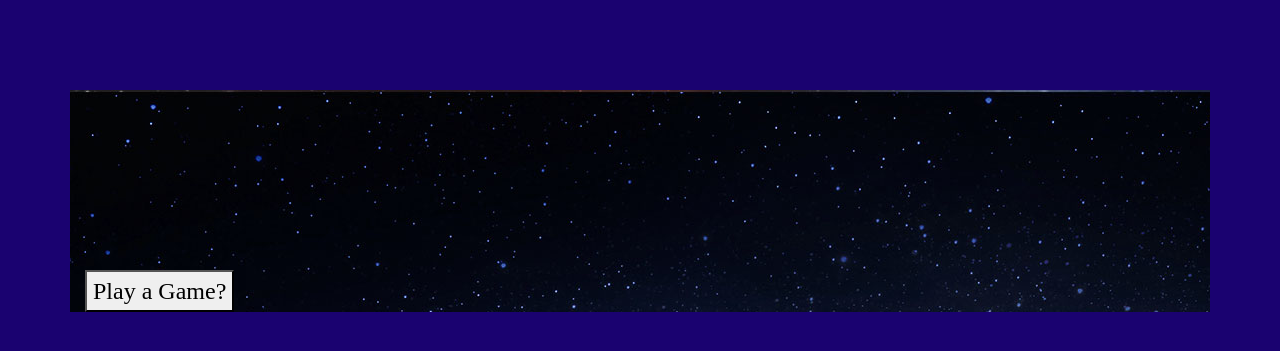
Repository: dsaftler/Trivia
Page: index.html
These files come from the project's save history. The page is drawn as it stood at one moment and after the next save; the edit follows.
The browser window is 1280 px wide. The pictures show the whole page.
Some web fonts or font styles are not loaded; a fallback is used.

Above is the page before, as saved 2019-04-13 15:36:47.

### index.html
<!DOCTYPE html>
<html lang="en">
<head>
  <meta charset="UTF-8">
  <meta name="viewport" content="width=device-width, initial-scale=1.0">
  <meta http-equiv="X-UA-Compatible" content="ie=edge">
   <link rel="stylesheet" href="assets/css/reset.css" type="text/css">
  <link rel="stylesheet" href="https://stackpath.bootstrapcdn.com/bootstrap/4.3.1/css/bootstrap.min.css"
    integrity="sha384-ggOyR0iXCbMQv3Xipma34MD+dH/1fQ784/j6cY/iJTQUOhcWr7x9JvoRxT2MZw1T" crossorigin="anonymous">
  <!-- <link href="https://fonts.googleapis.com/css?family=Cherry+Swash:700" rel="stylesheet"> -->
  <link href="https://fonts.googleapis.com/css?family=Baumans" rel="stylesheet">
  <!-- custom css -->
  <link rel="stylesheet" href="assets/css/style.css" type="text/css">

  <title>Trivia Game</title>
</head>
<body>
<div class="container">
  <div class="scoreElements">
   <div id="showWinsCnt"><span id="wins"></span></div>
   <div id="showLoseCnt"><span id="wrongs"></span></div>
   <div id="showMissCnt"><span id="misses"></span></div>
  </div>
  <div class='playElements'>
    <div class="showTimer"><span id="timer"></span></div>
    <div class="showQuestion"><span id="question"></span></div>
    <ul class=showAnswers>
    <li class="answers" id="answer0"><a href="#"></a></li>
    <li class="answers" id="answer1"><a href="#"></a></li>
    <li class="answers" id="answer2"><a href="#"></a></li>
    <li class="answers" id="answer3"><a href="#"></a></li>
    </ul>
    <div class="tmyk">
      <img class="image">
      <div class="extra"></div>
    </div>
  </div>

  <button id="newGame" onclick="initGame()">Play a Game?</button>
  <!-- <button id="temp1" onclick="newQuestion()">Next Question?</button> -->
</div>

<!-- bootstrap scripts -->
<script src="https://code.jquery.com/jquery-3.3.1.slim.min.js"
  integrity="sha384-q8i/X+965DzO0rT7abK41JStQIAqVgRVzpbzo5smXKp4YfRvH+8abtTE1Pi6jizo" crossorigin="anonymous"></script>
<script src="https://cdnjs.cloudflare.com/ajax/libs/popper.js/1.14.7/umd/popper.min.js"
  integrity="sha384-UO2eT0CpHqdSJQ6hJty5KVphtPhzWj9WO1clHTMGa3JDZwrnQq4sF86dIHNDz0W1" crossorigin="anonymous"></script>
<script src="https://stackpath.bootstrapcdn.com/bootstrap/4.3.1/js/bootstrap.min.js"
  integrity="sha384-JjSmVgyd0p3pXB1rRibZUAYoIIy6OrQ6VrjIEaFf/nJGzIxFDsf4x0xIM+B07jRM" crossorigin="anonymous"></script>
<script src="assets/javascript/app.js"></script>


</body>
</html>

### assets/css/style.css
body {
  height: 100%;
  background-color: #1a0270;
  max-width: 1536px;
  margin: auto;
  align-content: center;
  font-family: 'Baumans', cursive;
  color:white;
  font-size: 24px;
  font-weight: bolder;
}
.container{
  margin-top: 90px;
  background-image: url("../images/hubble.jpg")
}
.newGame{
  width:10%;
}
.scoreElements{
align-content: center;
margin: auto;
width: 75%;

}

.playElements{
  align-content: center;
  margin: auto;
  width: 75%;
}
ul li a {
  color: #8fc7bc);
  display: block;
  text-decoration: none;
  padding: 16px;
  width:50%
}

ul {
  list-style-type: circle;
}

li {
  display: block;
}

ul li a:hover {
  color: #332419;
  display: block;
  text-decoration: none;
}

li:hover {
  background-color:#8fc7bc;
}

### assets/javascript/app.js
// Advanced game has a 30 second timer that counts down to 0 for each question !!!!!!!!!!!!  changed to 15 seconds
// If the timer is 0 OR  a wrong answer is chosen:
  // show the correct answer for 5 seconds
// display a new question
// restart the timer with no user interaction

// questions are contained in an array with question, array of answers, index of correct answer
// question shows in questionId
// "Correct"  or "Correct Answer" shows in answerId
// 4 possible answers show in 4 clickable buttons
// buttons have hover behavior
//  only one can be selected (by click)

// scores for Wins, Losses, and Unanswered are kept (correct, wrong, timer ==0)
// ask to play again in link
// click on play restarts the game without re-loading the page

var qArray =[];
var wins, wrongs, misses, seconds;
var correctAnswerId;
var timer;
var seconds;
var isNewGame = true;
var timerRunning=false;
var i;
var qArrayLength
var sayCorrect
var answerTime=100;
var displayInfoTime=0;

$(document).ready(function () {
  //initGame();  // called by newGame button
  $(".answers").click(function() {
    stopTimer();
    $(".answers").css("pointer-events","none");
    //which answer did I click?
    var target = $(this).attr("id")
    for(let j = 0; j<4; j++) {
      jtarget = "answer" + j
      //console.log(jtarget)
      if (jtarget === target){
        if (j === correctAnswerId){
          showMe("win");
        } else {
          showMe("lose");
        }
      }
    }
  });
});


function initGame() {
  wins = 0;
  wrongs = 0;
  misses = 0;
  $(".scoreElements").hide();
  $(".playElements").hide();
  // $("#showWinsCnt").hide();
  // $("#showLoseCnt").hide();
  // $("#showMissCnt").hide();
  $("#newGame").hide();
  loadQuestions();
  i = 0;
  newQuestion(i);
}

function newQuestion(i)
{
  console.log(i)
  if (i < qArrayLength){
    // show game pieces: question, answers
    $(".playElements").show();
    $("#timer").show();
    // $(".showQuestion").show();
    // $(".answers").show();
    $(".tmyk").hide();
    // $(".extra").hide();
    // $(".image").hide();
    // console.log(qArray[i]);
    q="Question "+(i+1)+":  "
    $("#question").text(q+(qArray[i].question));
    $("#answer0").text(qArray[i].ansArray[0]);
    //console.log(qArray[i].ansArray[0]);
    $("#answer1").text(qArray[i].ansArray[1]);
    $("#answer2").text(qArray[i].ansArray[2]);
    $("#answer3").text(qArray[i].ansArray[3]);
    correctAnswerId = qArray[i].correct;
    correctAnswer = qArray[i].ansArray[correctAnswerId]
    //console.log(qArray[i].ansArray[correctAnswerId]);
    info = qArray[i].extra;
    $(".answers").css("pointer-events", "auto");
    clearInterval(timer)
    seconds = answerTime;
    showTime();
    timer = setInterval(tick, 1000);
  } else {
    gameOver();
  }
}

function gameOver()
{
  $(".playElements").hide();
  // $("#timer").hide();
  // $(".showQuestion").hide();
  // $(".answers").hide();
  // $(".extra").hide();
  // $(".image").hide();
  $(".scoreElements").show();
  $("#showWinsCnt").text(wins + " Correct")
 // $("#showWinsCnt").show();

  $("#showLoseCnt").text( wrongs + " Wrong")
  //$("#showLoseCnt").show();

  $("#showMissCnt").text(  misses + " Time-Outs")
 // $("#showMissCnt").show();
  //$("#wins").text(wins);
  // $("#wrongs").text(wrongs);
  // $("#misses").text(misses);
  $("#newGame").text("Play Again?"); // calls initGame
  $("#newGame").show();
}


//  The decrement function.
function tick()
{
  seconds--;
  if (seconds < 0) {
    //  ...run the stop function.
    stopTimer()
    showMe("miss");
    return;
  }
  showTime();

}

function stopTimer()
{
  clearInterval(timer);
 // $("#answers").pointerEvents="none";
 $("#answers")
}

//  Execute the run function.
function showTime()
{
 $("#timer").html("<h2>" + seconds + "</h2>");
 //console.log(seconds);
}
function showMe(result){
  switch (result){
    case "win":
      //alert("Correct");
      sayCorrect="Correct! "
      wins++;
      break;
    case "lose":
      //alert("Incorrect");
      sayCorrect = 'The correct answer was: '  + correctAnswer
      wrongs++
      break;
    case "miss":
      $("#timer").html("<h2>Timed-Out</h2>");
      sayCorrect= 'The answer was:  ' + correctAnswer
      misses++;
      break;
   }
  showExtra();
  setTimeout(displayPause, 1000 * displayInfoTime)

  }
function showExtra(){
  imgUrl = qArray[i].image
  $(".image").attr({"src":imgUrl, "alt": qArray[i].imageAlt});

  //console.log("<img src=" + qArray[i].image + ">");
  $(".extra").html(sayCorrect + "<br/>" + qArray[i].extra);
  $(".tmyk").show();
  //$(".extra").show();
  //$(".image").show();

}
function displayPause(){
  stopTimer();
  clearTimeout();
  i++;
  newQuestion(i)
}

function loadQuestions(){
qArray = [
    {
      question: "How many moons are in our Solar System?",
      correct: 3,
      ansArray: [25, 50, 97, 181],
      image: "assets/images/Moons_of_solar_system.jpg",
      imgAlt: "Moons of the solar system",
      extra: "These moons (also known as natural satellites) vary greatly in size and quantity per planet. For example, the largest moon is Jupiter’s Ganymede, and the smallest is Mar’s Deimos. Ganymede has a diameter of 3,273 miles, and Deimos has a diameter of 7 miles."

    },
    {
      question: "What percent of the universe is dark matter? (Plus or minus 2%.)",
      correct: 1,
      ansArray: ["15%", "27%", "50%", "80%"],
      image: "assets/images/darkmatter.png",
      imgAlt:"Dark matter web",
      extra: "The rest of the universe is around 68% dark energy, and less than 5% of the universe is made up of what we would consider ‘normal’ matter. This means that roughly 80% of the mass of the universe is made up of material we cannot see."
    },
    {
      question: "What is the most common type of star found in the Milky Way?",
      correct: 1,
      ansArray: ["Neutron stars", "Red dwarf stars", "Supernovae", "G-type"],
      image: "assets/images/Red-dwarf-infographic.jpg",
      imgAlt: "Types of Stars Infographic",
      extra: "Red dwarf stars make up an estimated ¾ of all stars found in the Milky Way. The surface temperature of red dwarf stars is less than 4,000 Kelvin, and they have a very low luminosity and therefore cannot be easily seen. In fact, from Earth not one red dwarf star can be seen with the naked eye. Since they develop very slowly and are constant for trillions of years, there are actually no advanced stars of this type in our galaxy because our galaxy is too young!"
    },
    {
      question: "What is the closest star to the Sun?",
      correct: 0,
      ansArray: ["Proxima Centauri", "Tau Ceti", "51 Pegasi", "Rigel"],
      image: "assets/images/proxima_centauri_main.jpg",
      imgAlt: "Proxima Centauri",
      extra: "Proxima Centauri is a red dwarf star located in Alpha Centauri system, which is in the Centaurus constellation. Alpha Centauri is actually a triple star system with Proxima Centauri being the closest to the sun. It is 4.24 light years away from the sun, and is not visible to the naked eye from Earth."
    },
    {
      question: "What has a gravitational pull so strong that even light cannot escape it?",
      correct: 2,
      ansArray: ["Quantum Gravity", "True Love", "Black Hole", "Worm Hole"],
      image: "assets/images/blackhole.jpg",
      imgAlt: "Black Hole",
      extra: "Black holes are one of the deadliest things in the universe. They are formed when a star with a mass more than three times that of our sun dies and collapses onto itself after an explosion called a supernova. Black holes can siphon the gas out of stars until they vanish. They can even break apart and swallow planets."
    },
    {
      question: "Which NASA space flight was the last manned mission to the moon?",
      correct: 3,
      ansArray: ["Gemini 12", "Skynet 1.0", "Apollo 13","Apollo 17"],
      image: "assets/images/moon-landing.jpg",
      imgAlt: "Moon Landing",
      extra: "Apollo 17 launched on December 7, 1972 as the first night launch done by NASA. It was also the final mission of NASA’s Apollo program. Apollo 17 was the last time humans traveled beyond low Earth orbit. The mission also boasted that at the time it had the longest moon landing, largest lunar samples, longest time in orbit, and the longest total moonwalks."
    },
    {
      question: "What is the longest continuous time a human has spent in space? (Plus or minus 20 days.)",
      correct: 2,
      ansArray: ["37 days", "189 days", "437 days", "682 days"],
      image: "assets/images/poljakov.jpg",
      imgAlt: "Portrait of Poljakov",
      extra: "This amounts to more than 14 months in space. This feat was accomplished by Valeri Polyakov, a Russian astronaut who stayed aboard the Mir space station from January 1994 to March 1995. When Polyakov retired he had over 678 cumulative days in space, and his combined space time was over 22 months."
    },
    {
      question: "How much time does sun rays take to reach earth?",
      correct: 2,
      ansArray: ["58 seconds", "3.5 minutes", "8 minutes", "14 minutes"],
      image: "assets/images/Earth_to_Sun.png",
      imgAlt: "Distance to the Sun",
      extra: "The speed of light in vacuum, commonly denoted c, is a universal physical constant important in many areas of physics. Its exact value is299,792,458 meters per second (approximately 300,000 km/s (186,000 mi/s))."
    },
    {
      question: "When will Halley’s Comet will be visible from Earth again?",
      correct: 2,
      ansArray: ["2024", "2039", "2061", "2101"],
      image: "assets/images/HalleysComet.jpg",
      imgAlt: "Haley's Comet",
      extra: "Halley's Comet is arguably the most famous comet. It is a ‘periodic’ comet and returns to Earth's vicinity about every 75 years, making it possible for a human to see it twice in his or her lifetime. The last time it was here was in 1986, and it is projected to return in 2061."
    },
    {
      question: "How long was the shortest space flight?",
      correct: 0,
      ansArray: ["15 minutes", "73 minutes", "4.5 hours", "3 days"],
      image: "assets/images/freedom7.jpg",
      imgAlt: "Freedom 7 launch",
      extra: "This occurred on May 5, 1961 when Alan Shepard achieved an altitude of 115 miles in NASA’s Freedom 7. He was also the first American in space. Shepard later went on to become the oldest person to walk on the surface of the moon. He achieved this in 1971 during the Apollo 14 mission. At the time, he was 47 years old."
    }
  ]
  qArrayLength=qArray.length;
  //console.log(qArray);
};

Loaded but not shown: assets/css/reset.css (no stored copy; drawn as an empty file)

After the next save:
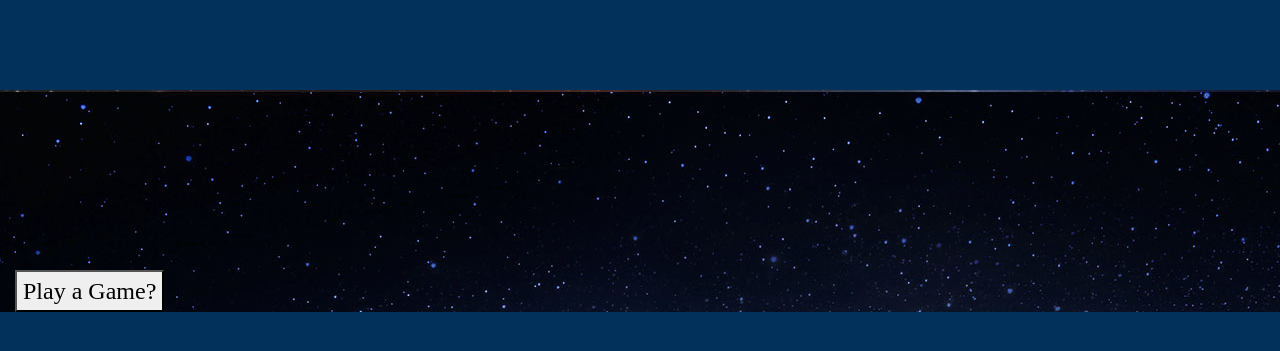
Saved 101 s later.
--- a/assets/css/style.css
+++ b/assets/css/style.css
@@ -1,7 +1,7 @@
 body {
   height: 100%;
-  background-color: #1a0270;
-  max-width: 1536px;
+  background-color: #02315c;
+
   margin: auto;
   align-content: center;
   font-family: 'Baumans', cursive;
@@ -10,8 +10,10 @@ body {
   font-weight: bolder;
 }
 .container{
+  height: 90%;
   margin-top: 90px;
-  background-image: url("../images/hubble.jpg")
+  background-image: url("../images/hubble.jpg");
+  max-width: 1536px;
 }
 .newGame{
   width:10%;
